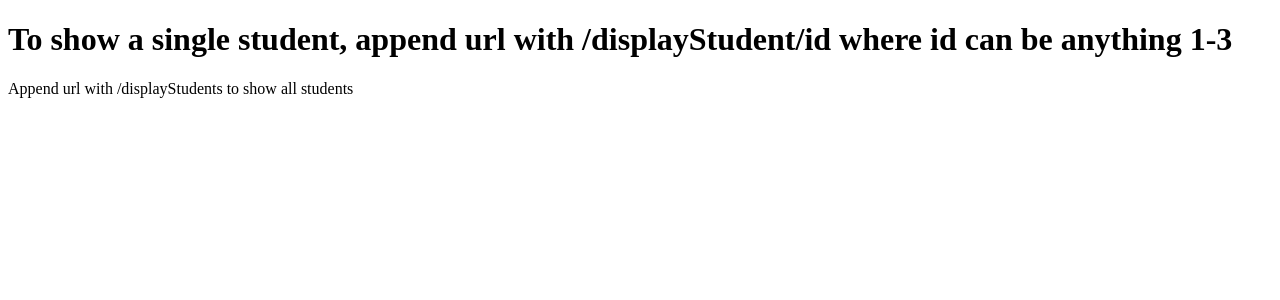
Repository: TraceMears/PerScholas
Page: http://localhost/SpringSBA_RestController/WEB-INF/views/ControllerView.jsp
An editor plug-in stored every save of this project. The page is shown before and after the next save, followed by the edit.
The browser window is 1280 px wide. The pictures show the whole page.
The page is served by Tomcat 9. Nobody is signed in. The template is opened directly, without the code that normally fills it, so the values that code supplies are empty.

Above is the page before, as saved 2019-11-19 16:00:12.

After the next save:
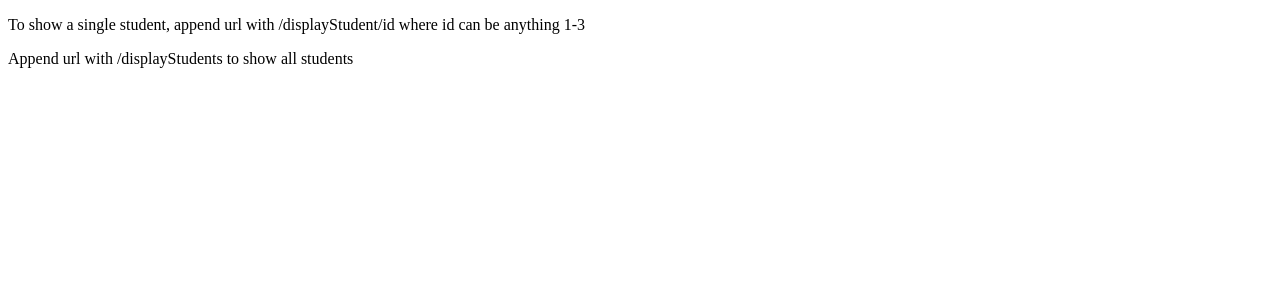
Saved 17 s later.
--- a/SpringSBA_RestController/WebContent/WEB-INF/views/ControllerView.jsp
+++ b/SpringSBA_RestController/WebContent/WEB-INF/views/ControllerView.jsp
@@ -7,7 +7,7 @@
 <title>@Controller View</title>
 </head>
 <body>
-	<h1>To show a single student, append url with /displayStudent/id where id can be anything 1-3</h1>
+	<p>To show a single student, append url with /displayStudent/id where id can be anything 1-3</p>
 	<p>Append url with /displayStudents to show all students </p>
 
 </body>
